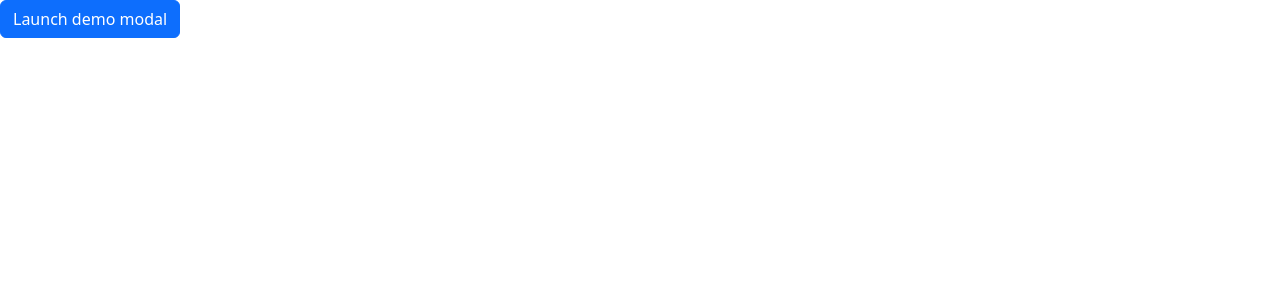
Repository: hoseolkim/highjava
Page: http://localhost/WebStudy02_MVN/test.jsp
These files come from the project's save history. The page is drawn as it stood at one moment and after the next save; the edit follows.
The browser window is 1280 px wide. The pictures show the whole page.
The page is served by Tomcat 9.

Above is the page before, as saved 2023-09-21 09:30:32.

After the next save:
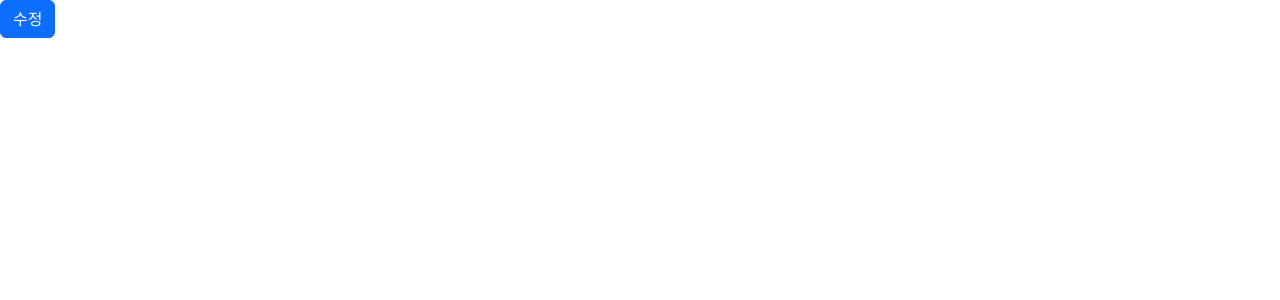
Saved 34 s later.
--- a/WebStudy02_MVN/src/main/webapp/test.jsp
+++ b/WebStudy02_MVN/src/main/webapp/test.jsp
@@ -16,7 +16,7 @@
 <body>
 <!-- Button trigger modal -->
 <button type="button" class="btn btn-primary" data-bs-toggle="modal" data-bs-target="#exampleModal">
-  Launch demo modal
+  수정
 </button>
 
 <!-- Modal -->
